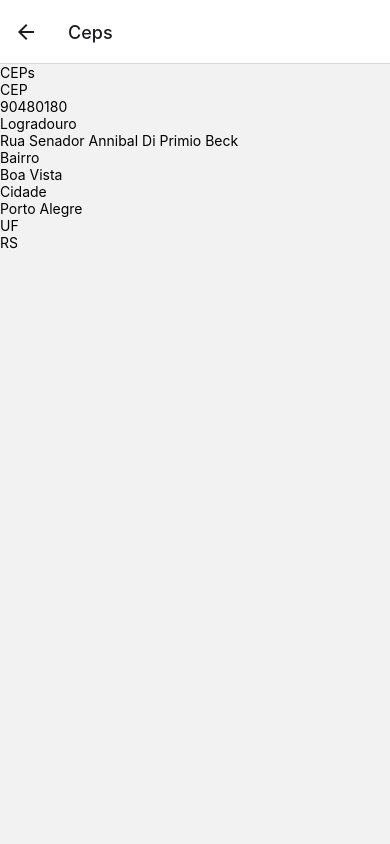
Repository: GustavoMSevero/registerCep
Screen: /Ceps
These files come from the project's save history. The screen is drawn as it stood at one moment and after the next save; the edit follows.
The app was drawn by React Native's web renderer in a window 390 px wide. The project was rebuilt for these pictures with package versions that can differ from the ones it lists, and the page was loaded fresh each time.

Above is the screen before, as saved 2024-09-23 15:22:39.

After the next save:
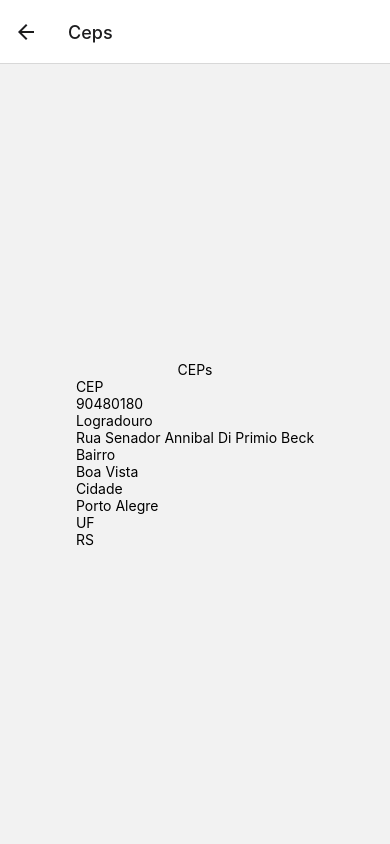
Saved 96 s later.
--- a/src/pages/Ceps/index.js
+++ b/src/pages/Ceps/index.js
@@ -3,7 +3,7 @@ import { View, Text, StyleSheet } from "react-native";
 
 export default function Ceps() {
     return(
-        <View>
+        <View style={styles.container}>
             <View>
                 <Text>CEPs</Text>
             </View>
@@ -24,5 +24,9 @@ export default function Ceps() {
 }
 
 const styles = StyleSheet.create({
-
+    container: {
+        flex: 1,
+        alignItems: 'center',
+        justifyContent: 'center',
+      },
 })
